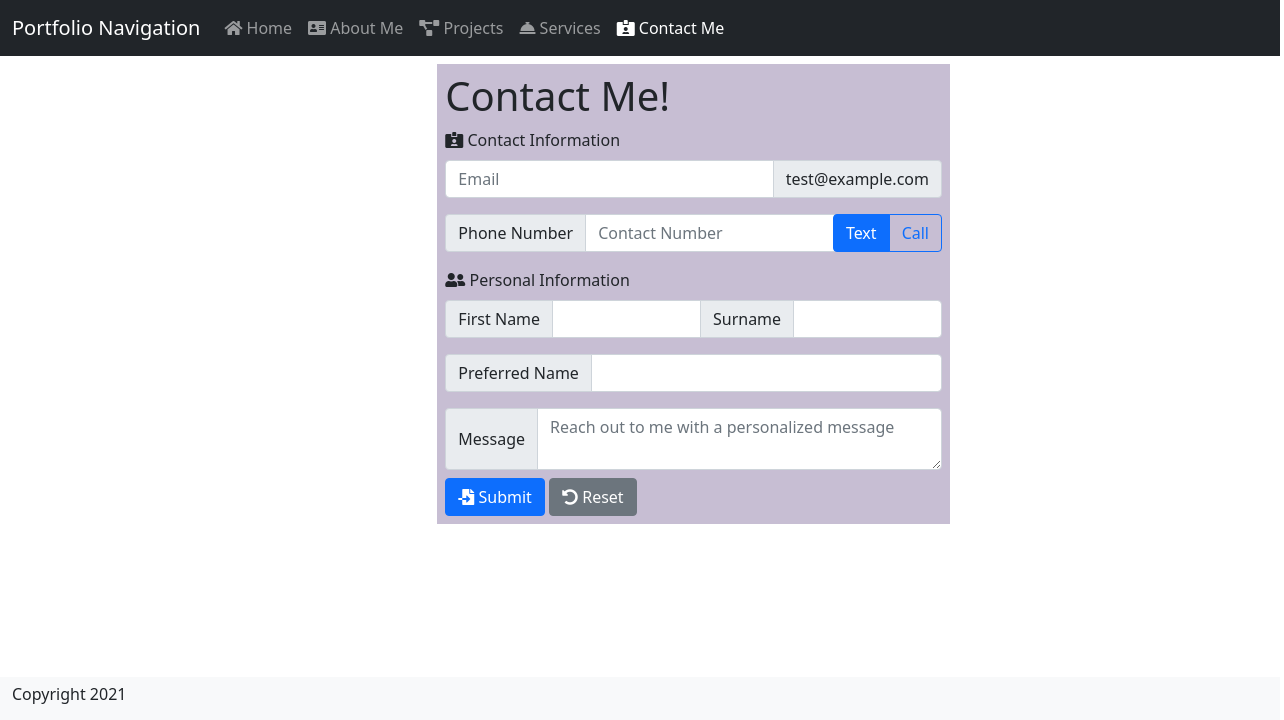
Repository: GarlicButterBoy/Portfolio
Page: contact.html
An editor plug-in stored every save of this project. The page is shown before and after a run of saves, followed by the edit.
The browser window is 1280 px wide. The page is 1284 px wide, so the pictures cover 1284 px, including what lies to the right of the window. The pictures show the whole page.

Above is the page before, as saved 2021-06-14 12:17:35.

### contact.html
<!DOCTYPE html>
<html lang="en">
<head>
    <meta charset="UTF-8">
    <meta http-equiv="X-UA-Compatible" content="IE=edge">
    <meta name="viewport" content="width=device-width, initial-scale=1.0">
    <title>Nick Sturch-Flint Portfolio</title>
    <link rel="stylesheet" href="./node_modules/bootstrap/dist/css/bootstrap.min.css">
    <link rel="stylesheet" href="./node_modules/@fortawesome/fontawesome-free/css/all.min.css">
    <link rel="stylesheet" href="./Content/app.css">
</head>
<body>
  <!-- Main Navigation -->
    <nav class="navbar navbar-expand-lg navbar-dark bg-dark">
        <div class="container-fluid">
          <a class="navbar-brand" href="#">Portfolio Navigation</a>
          <button class="navbar-toggler" type="button" data-bs-toggle="collapse" data-bs-target="#navbarNavAltMarkup" aria-controls="navbarNavAltMarkup" aria-expanded="false" aria-label="Toggle navigation">
            <span class="navbar-toggler-icon"></span>
          </button>
          <div class="collapse navbar-collapse" id="navbarNavAltMarkup">
            <div class="navbar-nav ml-auto">
              <a id="home" class="nav-link" aria-current="page" href="index.html"><i class="fas fa-home"></i> Home</a>
              <a id="about" class="nav-link" href="about.html"><i class="fas fa-address-card"></i> About Me</a>
              <a id="projects" class="nav-link" href="projects.html"><i class="fas fa-project-diagram"></i> Projects</a>
              <a id="services" class="nav-link" href="services.html"><i class="fas fa-concierge-bell"></i> Services</a>
              <a id="contact" class="nav-link" href="contact.html"><i class="fas fa-id-card-alt"></i> Contact Me</a>
            </div>
          </div>
        </div>
      </nav>
      <!-- End of Main Navigation -->

      <main class="containrer p-2">
        <div class="row">
          <div class=" offset-md-4 col-md-5">
            <div class="jumbotron p-2" id="contentArea">
              <h1>Contact Me!</h1>

              <div class="alert alert-warning" role="alert" id="errorMessage">
              </div>

              <form id="contactForm" action="POST">

              <label for="basic-url" class="form-label"><i class="fas fa-id-card-alt"></i> Contact Information</label>
              <div class="input-group mb-3">
                <input type="email" class="form-control" placeholder="Email" aria-label="Email" aria-describedby="basic-addon2" id="emailAddress" value="">
                <span class="input-group-text" id="basic-addon2">test@example.com</span>
              </div>

              <div class="input-group mb-3">
                <span class="input-group-text" id="basic-addon2">Phone Number</span>
                <input type="tel" class="form-control" placeholder="Contact Number" aria-label="Contact Number" aria-describedby="basic-addon2" id="contactNumber" value="">

                <div class="btn-group" role="group" aria-label="Basic radio toggle button group">
                  <input type="radio" class="btn-check" name="btnradio" id="textCheck" autocomplete="off" checked>
                  <label class="btn btn-outline-primary" for="btnradio1">Text</label>

                  <input type="radio" class="btn-check" name="btnradio" id="callCheck" autocomplete="off">
                  <label class="btn btn-outline-primary" for="btnradio2">Call</label>
                </div>

              </div>

              <label for="basic-url" class="form-label"><i class="fas fa-user-friends"></i> Personal Information</label>
              <div class="input-group mb-3">
                <span class="input-group-text" id="basic-addon3">First Name</span>
                <input type="text" class="form-control" id="firstName" aria-describedby="basic-addon3" value="">

                <span class="input-group-text">Surname</span>
                <input type="text" class="form-control" aria-label="Surname" id="lastName" value="">
              </div>

              <div class="input-group mb-3">
                <span class="input-group-text">Preferred Name</span>
                <input type="text" class="form-control" aria-label="Preferred Name" id="prefName" value="">
              </div>



              <div class="input-group">
                <span class="input-group-text">Message</span>
                <textarea class="form-control" placeholder="Reach out to me with a personalized message" aria-label="Message" id="message" value=""></textarea>
              </div>
              <button class="btn btn-primary mt-2" type="submit" id="submitButton"><i class="fas fa-file-import"></i> Submit</button>
              <button class="btn btn-secondary mt-2" type="reset" id="resetButton"><i class="fas fa-undo-alt"></i> Reset</button>

            </form>
            </div>
          </div>
        </div>
      </main>


      <footer>
        <nav class="navbar fixed-bottom navbar-light bg-light">
          <div class="container-fluid">
            <h6>Copyright 2021</h6>
          </div>
        </nav>
      </footer>

      <!-- Third Party Libraries -->
      <script src="./node_modules/jquery/dist/jquery.min.js"></script>
      <script src="./node_modules/bootstrap/dist/js/bootstrap.min.js"></script>

      <!-- Third Party Libraries -->
    <script src="./Scripts/app.js"></script>
</body>
</html>

### Content/app.css
.jumbotron {
    background-color: #c7bed3;
  }

### Scripts/app.js
class Contact
{
    constructor(emailAddress = "", contactNumber = "", contactName = "", contactMessage = "")
    {
        this.emailAddress = emailAddress;
        this.contactNumber = contactNumber;
        this.contactName = contactName;
        this.contactMessage = contactMessage;
    }
}

"use strict";

//IIFE - Immediately Invoked Function Expression
// OR - Anonymous Self Executing Function
(function()
{
    //declare function variables here...
    let contact = new Contact();
    console.log("%cDeclaring Variables", "color:blue");

    /**
     * Variable Initialization in this function
     */
    function Start()
    {
        console.log("%cInitializing Variables", "color:green");

        PageSwitcher();

        Main();
    }

    function PageSwitcher()
    {
        let name = window.location.pathname; //returns full .html page name
        let pageName = name.substring(1, name.length - 5); //returns page name without the first / and the final .html


        switch(pageName)
        {
            case "index":
                DisplayHome();

                break;
            case "about":
                DisplayAbout();
                break;
            case "projects":
                DisplayProjects();
                break;
            case "services":
                DisplayServices();
                break;
            case "contact":
                DisplayContact();
                break;
            default:
                Display404();
                break;
        }

        $("#"+pageName).addClass("active"); //makes the active page link highlighted
    }

    function DisplayHome()
    {
        function notify() {
            console.log( "clicked" );
          }

        document.getElementById("home").className = "nav-link active";

         $("#projectsButton").on("click", notify, () => {
              location.href = "projects.html";
         });
    }

    function DisplayAbout()
    {

    }

    function DisplayProjects()
    {

    }

    function DisplayServices()
    {

    }

    function DisplayContact()
    {

        function validateInput(selector, condition, errorMessage = "")
        {
            if(condition)
            {
                $("#errorMessage")[0].textContent = errorMessage;
                $("#errorMessage").show();
                $(selector).trigger("focus");
                $(selector).css("border", "2px solid red");
                console.log(errorMessage)
            }
            else
            {
                $("#errorMessage").hide();
                $(selector).css("border", "2px solid #ced4da");
            }
        }

        function clearForm()
        {
            $("#contactForm")[0].reset();
            $("#errorMessage").hide();
        }

        $("#errorMessage").hide();

        //Email Validation (Lite)
        $("#emailAddress").on("change", (e) => {
            validateInput("#emailAddress", (($("#emailAddress").val().length < 8) || (!$("#emailAddress").val().includes("@"))), "Email is Invalid");
            /* if(($("#emailAddress").val().length < 8) || (!$("#emailAddress").val().includes("@")))
            {
                $("#errorMessage")[0].textContent = "Email is too short";
                $("#errorMessage").show();
                $("#emailAddress").trigger("focus");
                $("#emailAddress").css("border", "2px solid red");
                console.log("Email too short")
            }
            else
            {
                $("#errorMessage").hide();
                $("#emailAddress").css("border", "2px solid #ced4da");
            } */
        });

        //Phone Number Validation
        $("#contactNumber").on("change", (e) => {
            let phonePattern = /^(\+\d{1,2}\s)?\(?\d{3}\)?[\s.-]\d{3}[\s.-]\d{4}$/;


            /* if(!phonePattern.test($("#contactNumber").val()))
            {
                $("#errorMessage")[0].textContent = "Number is invalid";
                $("#errorMessage").show();
                $("#contactNumber").trigger("focus");
                $("#contactNumber").css("border", "2px solid red");
                console.log("Number too invalid")
            }
            else
            {
                $("#errorMessage").hide();
                $("#contactNumber").css("border", "2px solid #ced4da");
            } */
        });

        $("#firstName").on("change", (e) => {
            if($("#firstName").val().length < 2)
            {
                $("#errorMessage")[0].textContent = "First name is too short";
                $("#errorMessage").show();
                $("#firstName").trigger("focus");
                $("#firstName").css("border", "1px solid red");
                console.log("First name too short")
            }
            else
            {
                $("#errorMessage").hide();
                $("#firstName").css("border", "1px solid #ced4da");
            }
        });

        $("#lastName").on("change", (e) => {
            if($("#lastName").val().length < 2)
            {
                $("#errorMessage")[0].textContent = "Last name is too short";
                $("#errorMessage").show();
                $("#lastName").trigger("focus");
                $("#lastName").css("border", "1px solid red");
                console.log("Last name too short")
            }
            else
            {
                $("#errorMessage").hide();
                $("#lastName").css("border", "1px solid #ced4da");
            }
        });

        $("#submitButton").on("click", (e) =>
        {
            e.preventDefault();

            let emailAddress = $("#emailAddress").val();
            let contactNumber = $("#contactNumber").val();
            let firstName = $("#firstName").val();
            let lastName = $("#lastName").val();
            let prefName = $("#prefName").val();
            let message = $("#message").val();

            console.log(`Email Address : ${emailAddress}`);
            console.log(`Contact Number: ${contactNumber}`);
            console.log(`Name          : ${prefName} (${lastName}, ${firstName});`);
            console.log(`Message       : ${message}`);

            contact.emailAddress = emailAddress;
            contact.contactNumber = contactNumber;
            contact.contactName = `${prefName} (${lastName}, ${firstName})`;
            contact.contactMessage = message;

            console.log(contact);
            clearForm();
        });

        $("#resetButton").on("click", (e) =>
        {
            e.preventDefault();

            if(confirm("Are you sure?"))
            {
                clearForm();
            }
        });
    }

    function Display404()
    {
        console.log("Page Not Found");
    }

    /**
     * Main program Entry point is here
     */
    function Main()
    {
        console.log("%cMain Program Starting", "color:orange");

    }

    window.addEventListener("load", Start);
})();

Loaded but not shown: node_modules/bootstrap/dist/css/bootstrap.min.css (library); node_modules/@fortawesome/fontawesome-free/css/all.min.css (library); node_modules/jquery/dist/jquery.min.js (library); node_modules/bootstrap/dist/js/bootstrap.min.js (library)

After the next 6 saves:
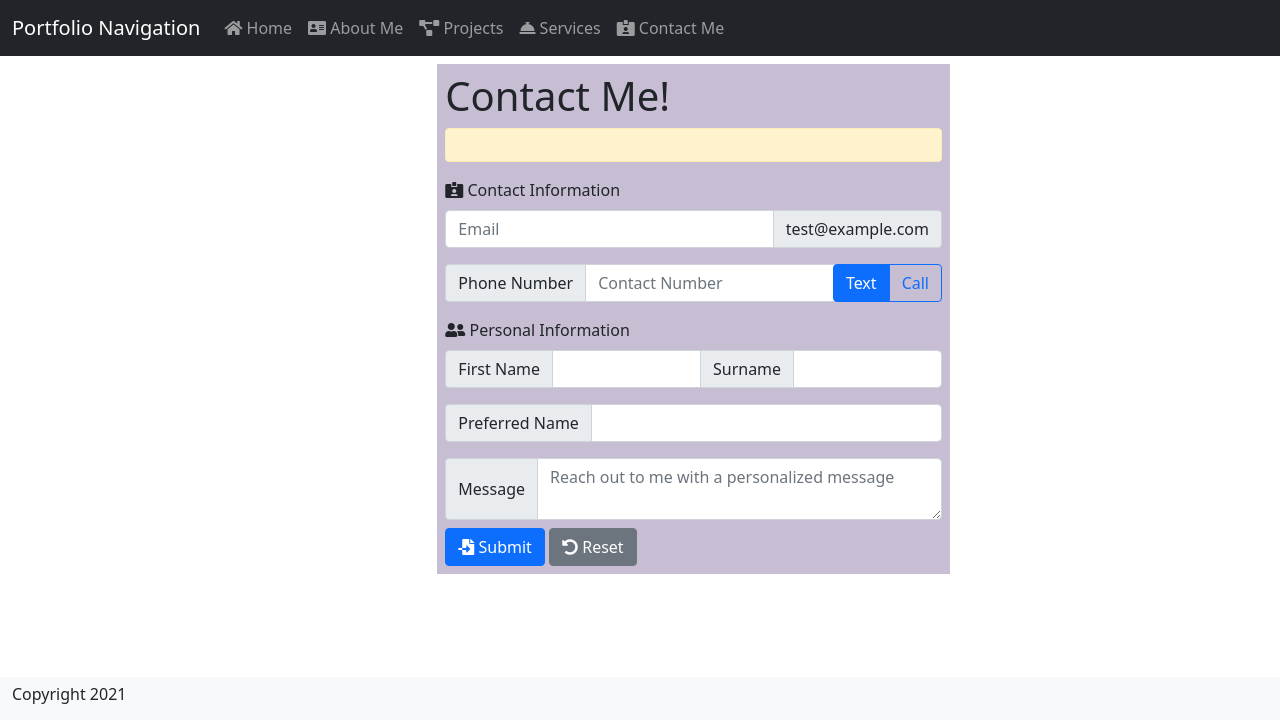
Console error: SyntaxError: Unexpected token ')'
The 6 saves are shown as one change because they came seconds apart.
The last was saved 14 s later.
--- a/Scripts/app.js
+++ b/Scripts/app.js
@@ -141,6 +141,7 @@
         $("#contactNumber").on("change", (e) => {
             let phonePattern = /^(\+\d{1,2}\s)?\(?\d{3}\)?[\s.-]\d{3}[\s.-]\d{4}$/;
 
+            validateInput("#contactNumber", (), "")
 
             /* if(!phonePattern.test($("#contactNumber").val()))
             {

After the 4 saves that followed:
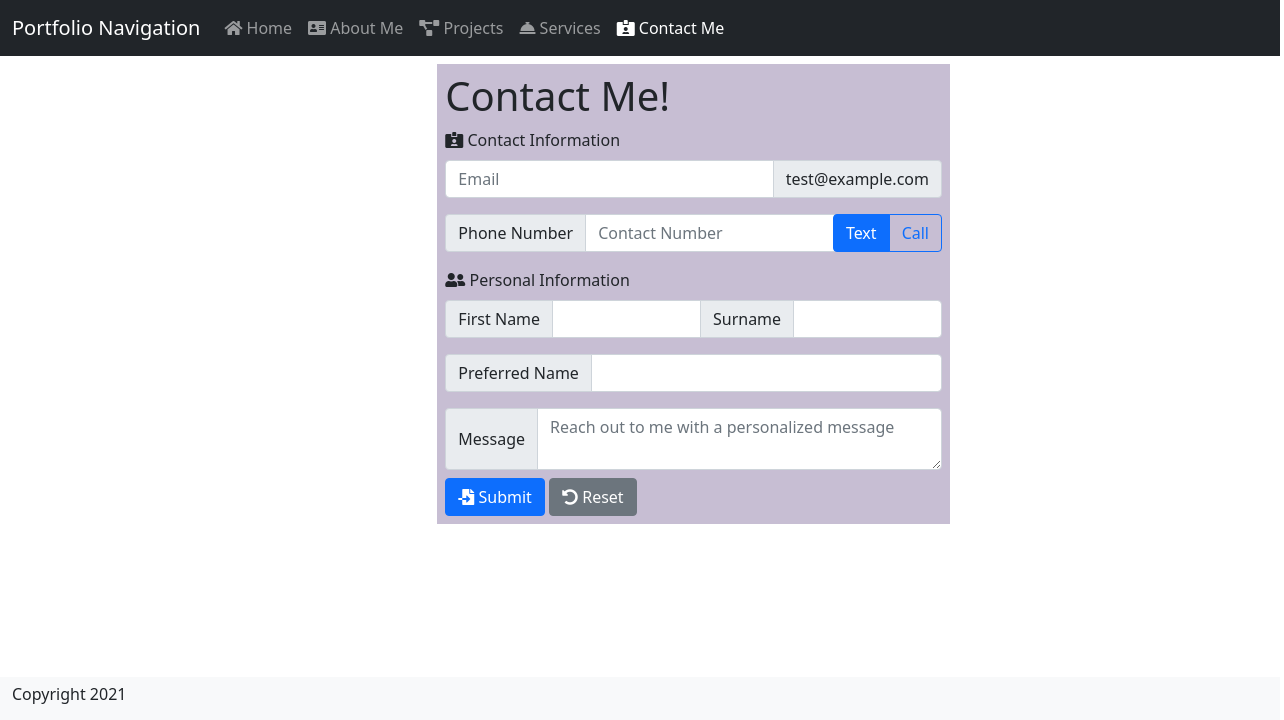
The error is gone.
The 4 saves are shown as one change because 2 left the picture as it was and some came seconds apart.
The last was saved 22 s later.
--- a/Scripts/app.js
+++ b/Scripts/app.js
@@ -141,7 +141,7 @@
         $("#contactNumber").on("change", (e) => {
             let phonePattern = /^(\+\d{1,2}\s)?\(?\d{3}\)?[\s.-]\d{3}[\s.-]\d{4}$/;
 
-            validateInput("#contactNumber", (), "")
+            validateInput("#contactNumber", (!phonePattern.test($("#contactNumber").val())), "Number is invalid");
 
             /* if(!phonePattern.test($("#contactNumber").val()))
             {
